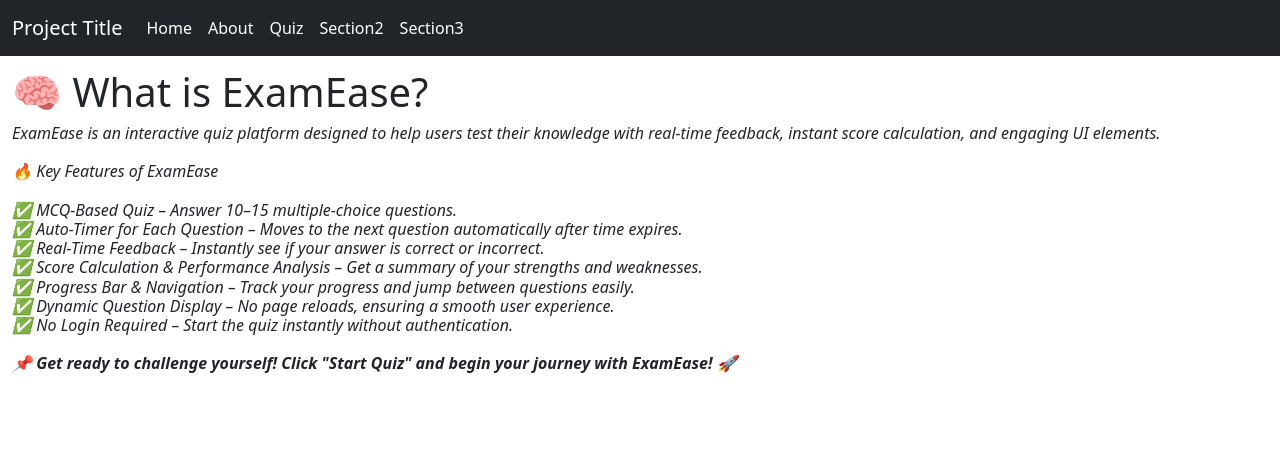
Repository: rahul-chakradhari/devquest
Page: /about (app in project/)
The author's editor kept a copy of each file at every save. The page is drawn from the files as they stood at one save, then again after the next save.
The browser window is 1280 px wide. The pictures show the whole page.
The project was rebuilt for these pictures with package versions that can differ from the ones it lists, and the page was loaded fresh each time. Also part of the build but not shown: project/vite.config.js, project/src/components/Home.jsx, project/src/components/Section2.jsx, project/src/components/Section3.jsx, project/src/components/Quiz.jsx, project/src/index.css.

Above is the page before, as saved 2025-02-23 13:22:26.

After the next save:
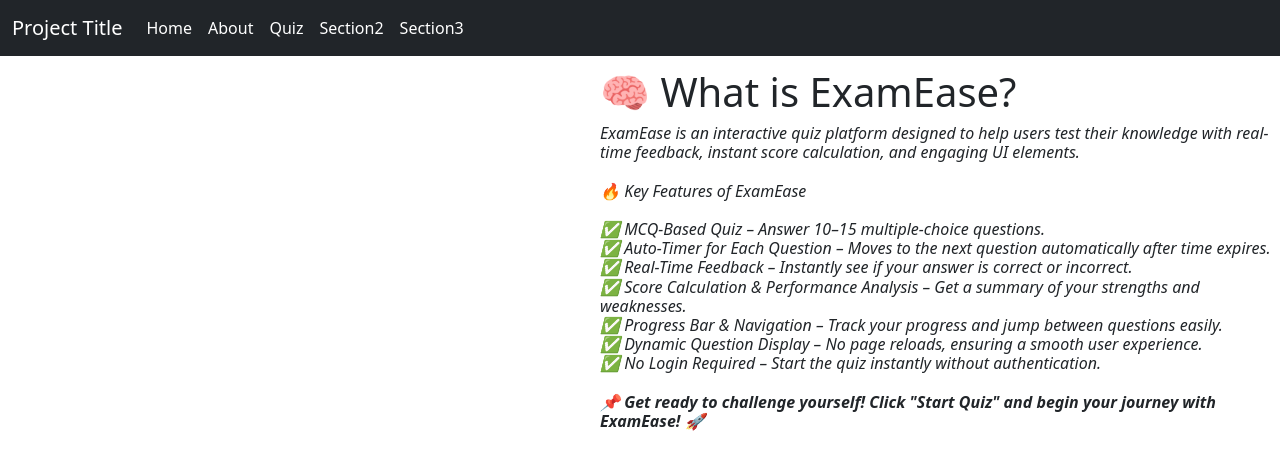
Saved 22 s later.
--- a/project/src/App.css
+++ b/project/src/App.css
@@ -22,6 +22,6 @@
 }
 .about,
 .quiz-container {
-  margin-left: 12px;
+  margin-left: 600px;
   margin-top: 12px;
 }
